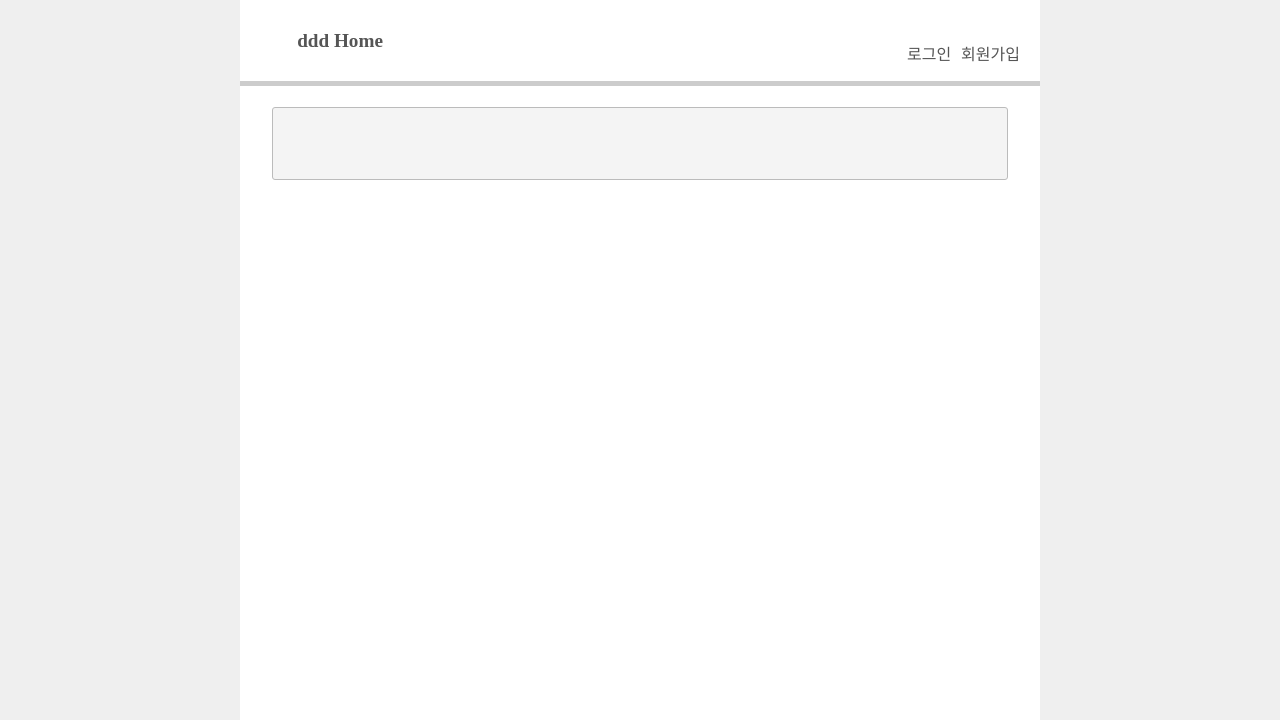
Repository: Deneb0000/JSP
Page: http://localhost/jspPro/days01/ex03.jsp
These files come from the project's save history. The page is drawn as it stood at one moment and after a run of saves; the edit follows.
The browser window is 1280 px wide. The pictures show the whole page.
Some web fonts or font styles are not loaded; a fallback is used. The page is served by Tomcat 9.

Above is the page before, as saved 2024-10-15 05:28:19.

After the next 2 saves:
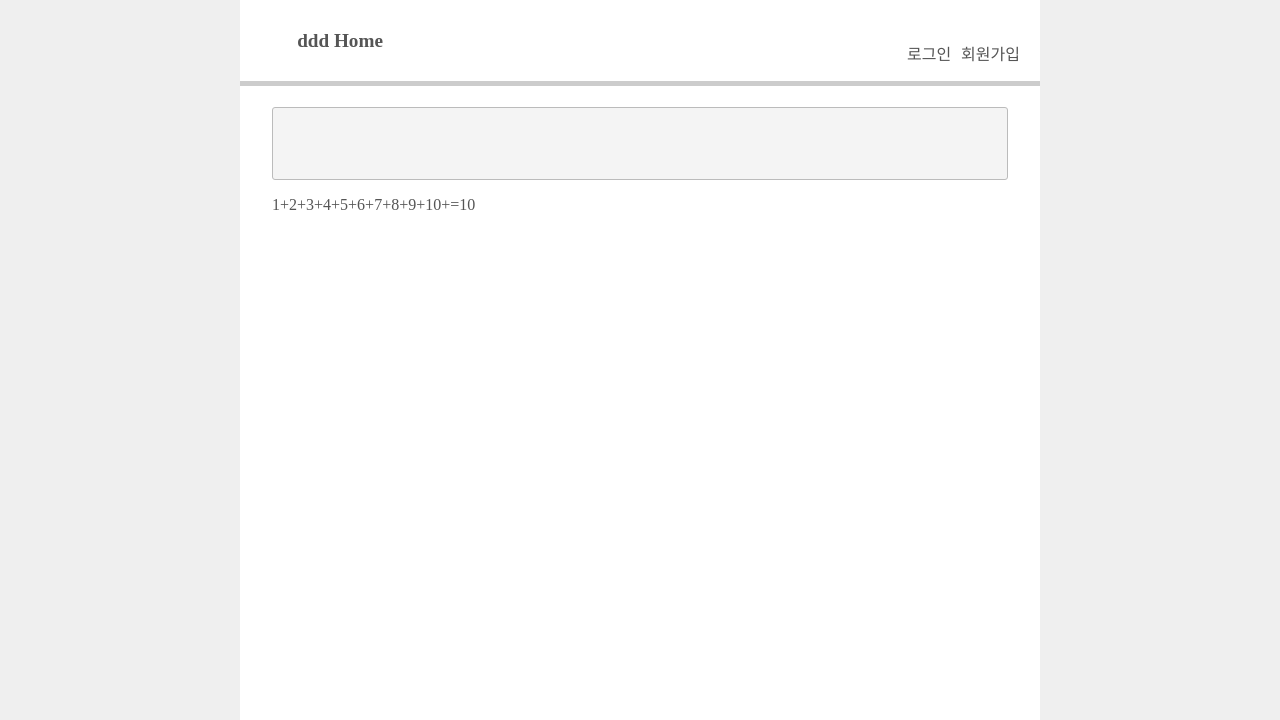
The 2 saves are shown as one change because 1 did not build or start.
The last was saved 15 min 5 s later.
--- a/jspPro/src/main/webapp/days01/ex03.jsp
+++ b/jspPro/src/main/webapp/days01/ex03.jsp
@@ -28,6 +28,16 @@
   <xmp class="code">
 
   </xmp>
+  <p id="demo">
+  <%
+  int sum = 0;
+  for(int i=1; i<=10; i++){
+	  sum += 1;
+	  out.write(i+"+");
+  }//for
+  out.write("="+sum);
+  %>
+  </p>
 </div>
 </body>
 </html>
